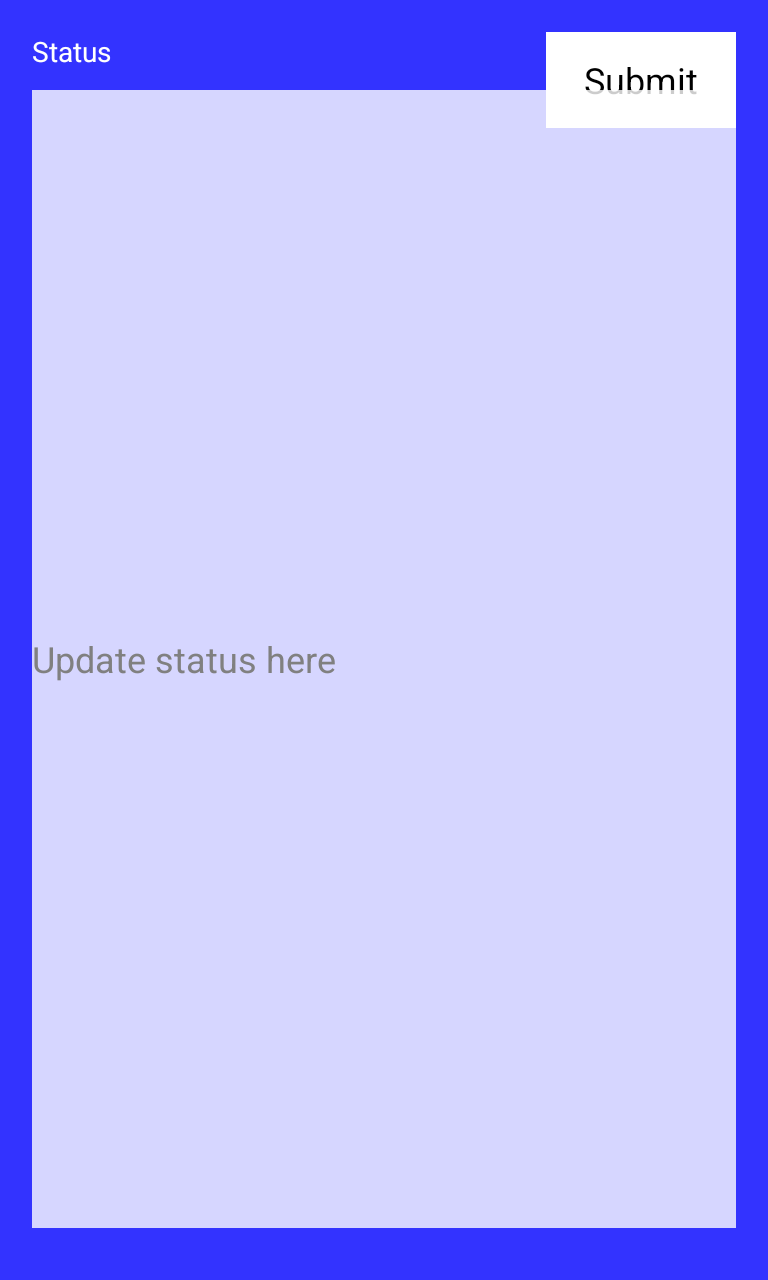
Repository: vamsiampolu/androidworkspace
Layout: YambaProject/res/layout/activity_main.xml
These files come from the project's save history. The layout is drawn as it stood at one moment and after the next save; the edit follows.
It is drawn on a 768 x 1280 px phone screen (xhdpi) without system bars, with theme AppTheme; the app's code is not run.

Above is the layout before, as saved 2013-05-09 07:28:45.

After the next save:
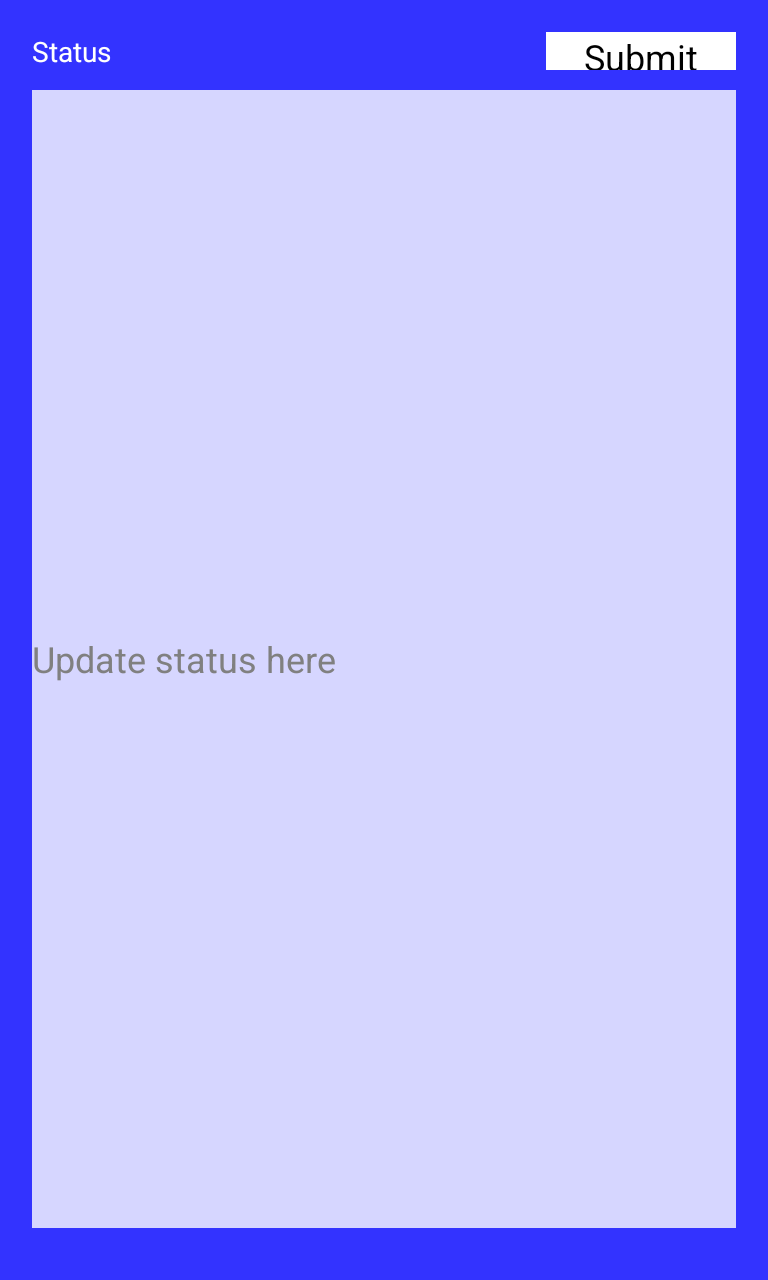
Saved 41 s later.
--- a/YambaProject/res/layout/activity_main.xml
+++ b/YambaProject/res/layout/activity_main.xml
@@ -36,6 +36,7 @@
             android:layout_alignParentRight="true"
             android:layout_alignParentTop="true"
             android:text="Submit"
+            android:layout_alignBottom="@id/txt_status"
             android:background="#FFF"
             />
     <EditText android:layout_width="fill_parent"
